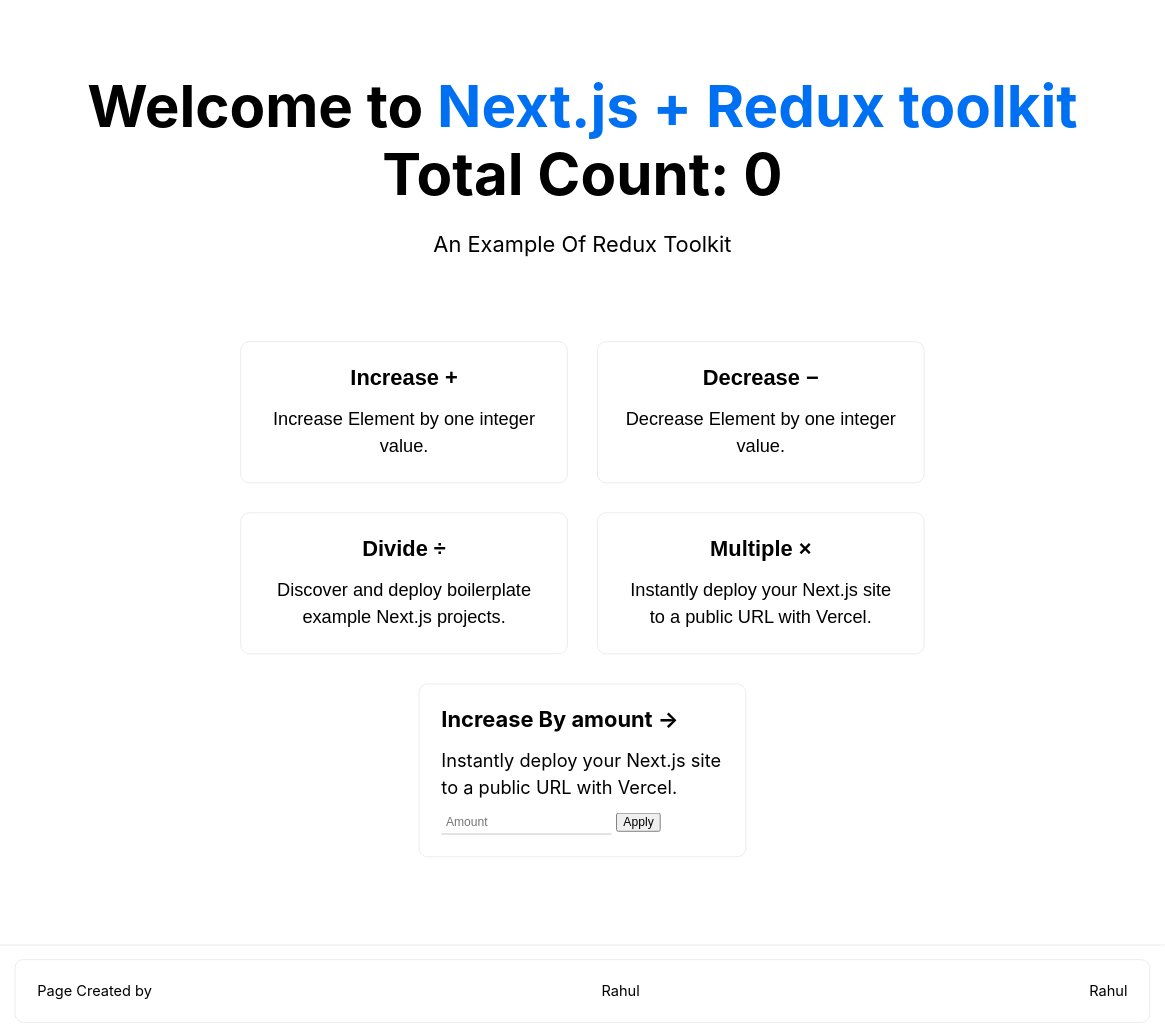
Repository: TECHIE404/Redux-Example
Page: /
An editor plug-in stored every save of this project. The page is shown before and after the next save, followed by the edit.
The browser window is 1280 px wide. The pictures show the whole page, at 91% of full size.
The project was rebuilt for these pictures with package versions that can differ from the ones it lists, and the page was loaded fresh each time. The framework's server and built-in components were replaced by stand-ins that run in the browser. Also part of the build but not shown: next.config.js.

Above is the page before, as saved 2022-06-10 01:05:07.

After the next save:
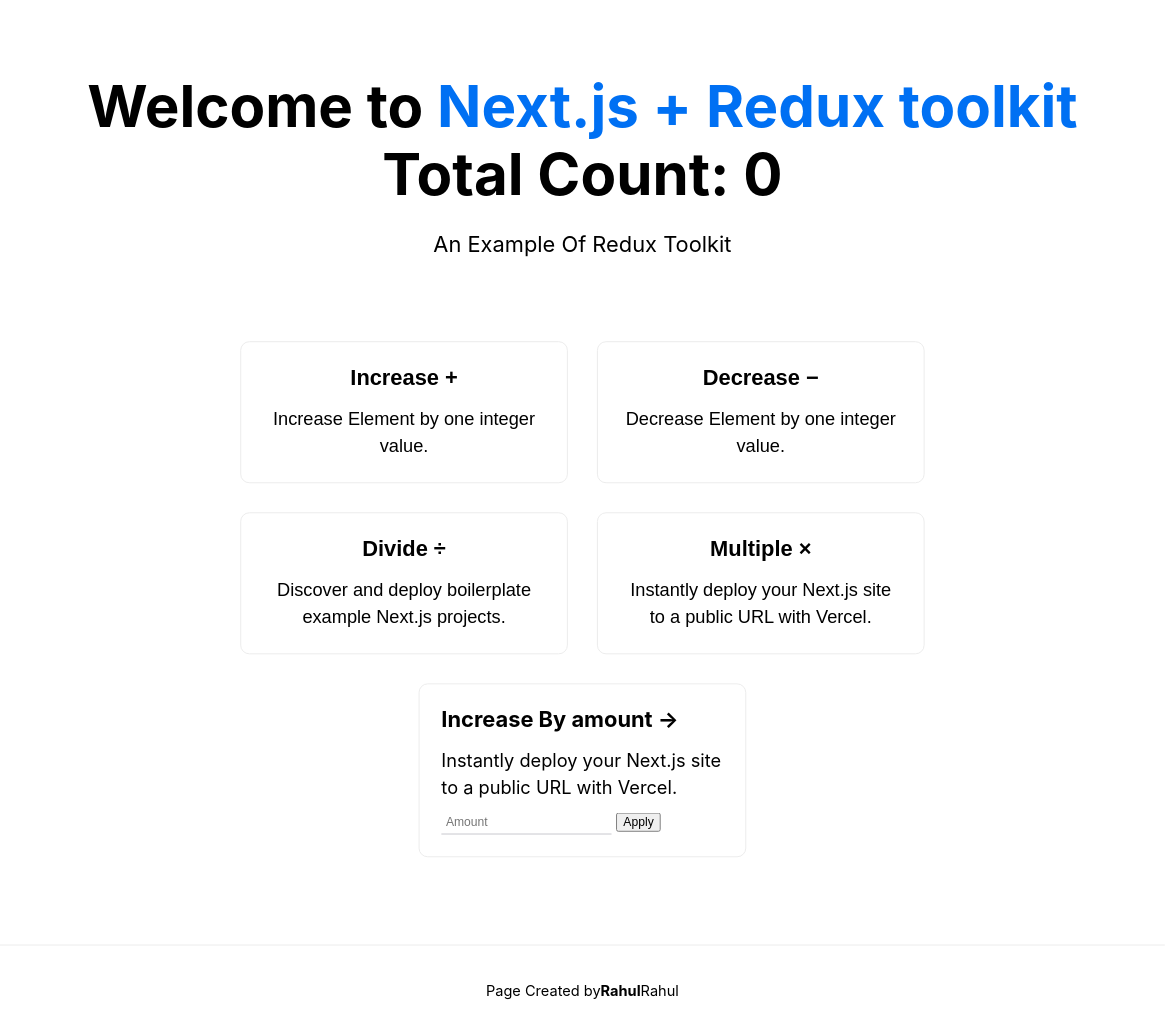
Saved 14 s later.
--- a/src/components/footer.js
+++ b/src/components/footer.js
@@ -9,10 +9,9 @@
           href="https://vercel.com?utm_source=create-next-app&utm_medium=default-template&utm_campaign=create-next-app"
           target="_blank"
           rel="noopener noreferrer"
-          className={styles.card}
         >
           Page Created by{' '}
-          <a >Rahul</a>Rahul
+          <b >Rahul</b>Rahul
         </a>
       </footer>
   )
